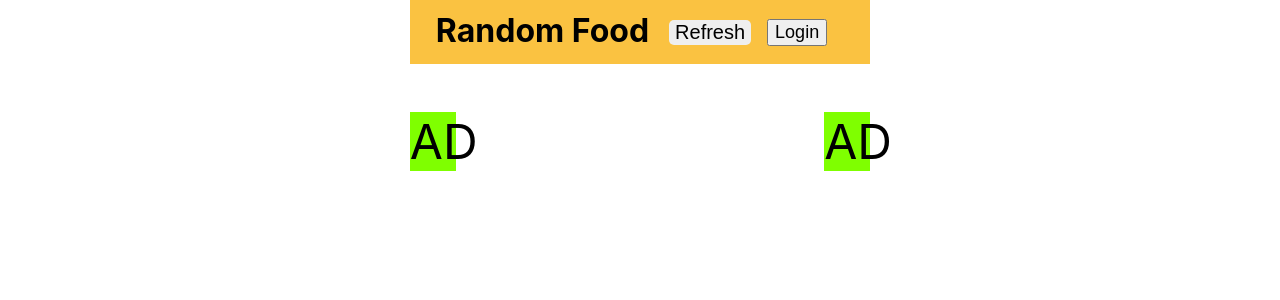
Repository: limjoohyun2030/random-food
Page: /random-food/home
An editor plug-in stored every save of this project. The page is shown before and after the next save, followed by the edit.
The browser window is 1280 px wide. The pictures show the whole page.
The page's requests for data from a server got no answer. The project was rebuilt for these pictures with package versions that can differ from the ones it lists, and the page was loaded fresh each time. A package was used in the major version that the imports need, not the one package.json lists. No one was signed in, and anything a server would have sent is missing. Also part of the build but not shown: src/components/food_detail/food_detail.module.css, src/components/food_detail/food_detail.jsx, src/components/food_item/food_item.module.css, src/components/food_item/food_item.jsx, src/components/login/login.module.css, src/components/login/login.jsx.

Above is the page before, as saved 2021-11-11 17:12:46.

After the next save:
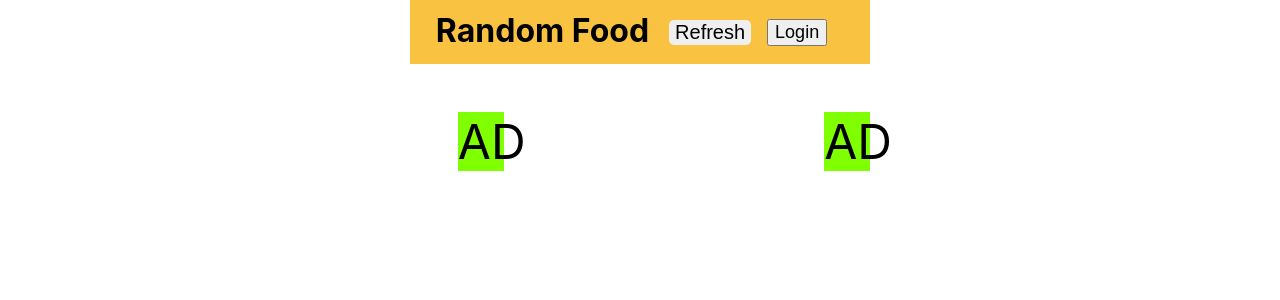
Saved 11 s later.
--- a/src/components/food_list/food_list.module.css
+++ b/src/components/food_list/food_list.module.css
@@ -15,6 +15,7 @@
 
 .sidebarLeft {
   margin-top: 1em;
+  margin-left: 1em;
   background-color: chartreuse;
   font-size: 3em;
   width: 10%;
@@ -29,6 +30,7 @@
 
 .sidebarRight {
   margin-top: 1em;
+  margin-left: 1em;
   background-color: chartreuse;
   font-size: 3em;
   width: 10%;
